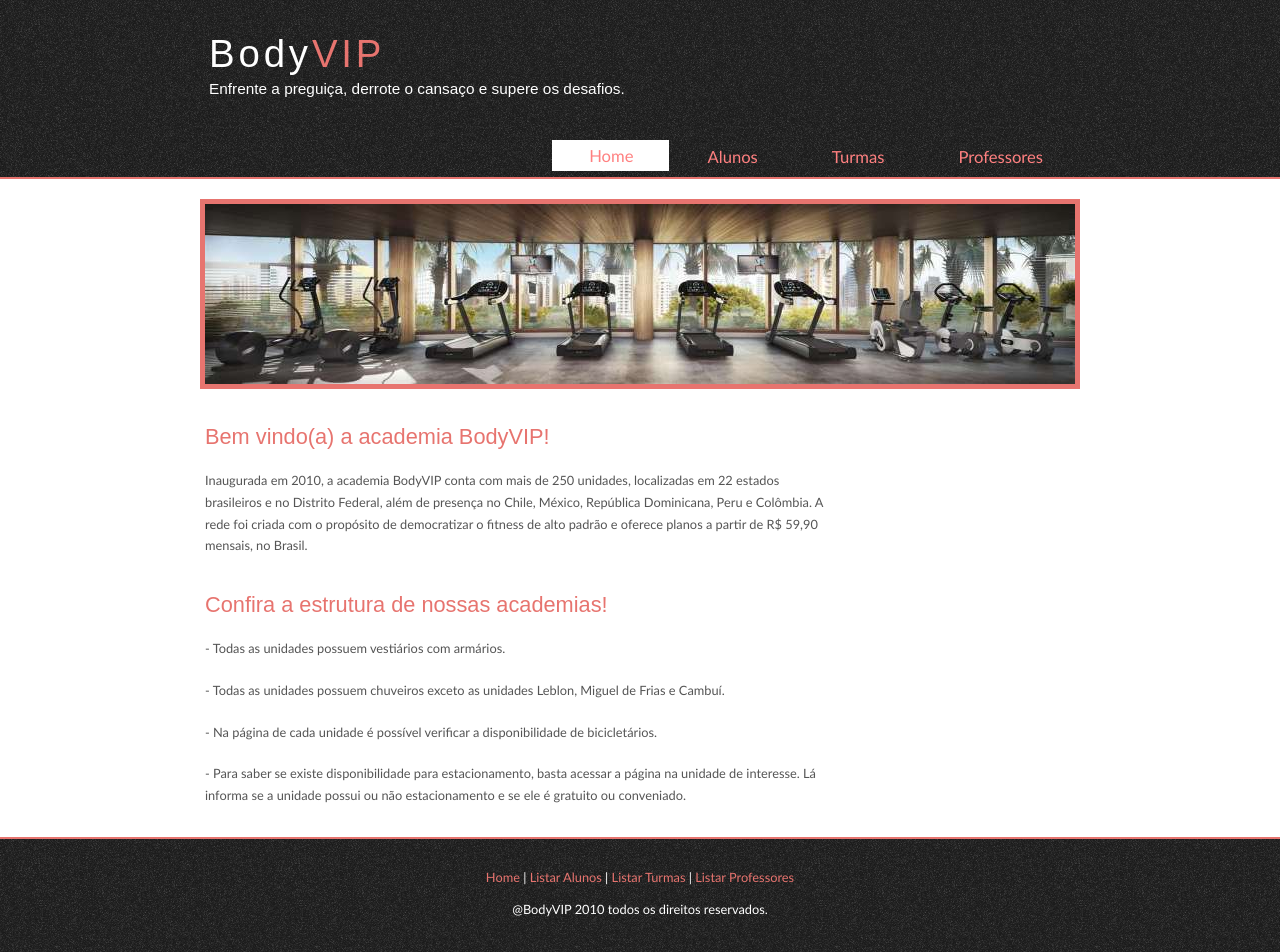
Repository: Thais-Ferreira/Projeto_bodyVIP
Page: http://localhost/BodyVIP/home.jsp
An editor plug-in stored every save of this project. The page is shown before and after the next save, followed by the edit.
The browser window is 1280 px wide. The pictures show the whole page.
The page is served by Tomcat 9.

Above is the page before, as saved 2017-06-21 19:41:56.

After the next save:
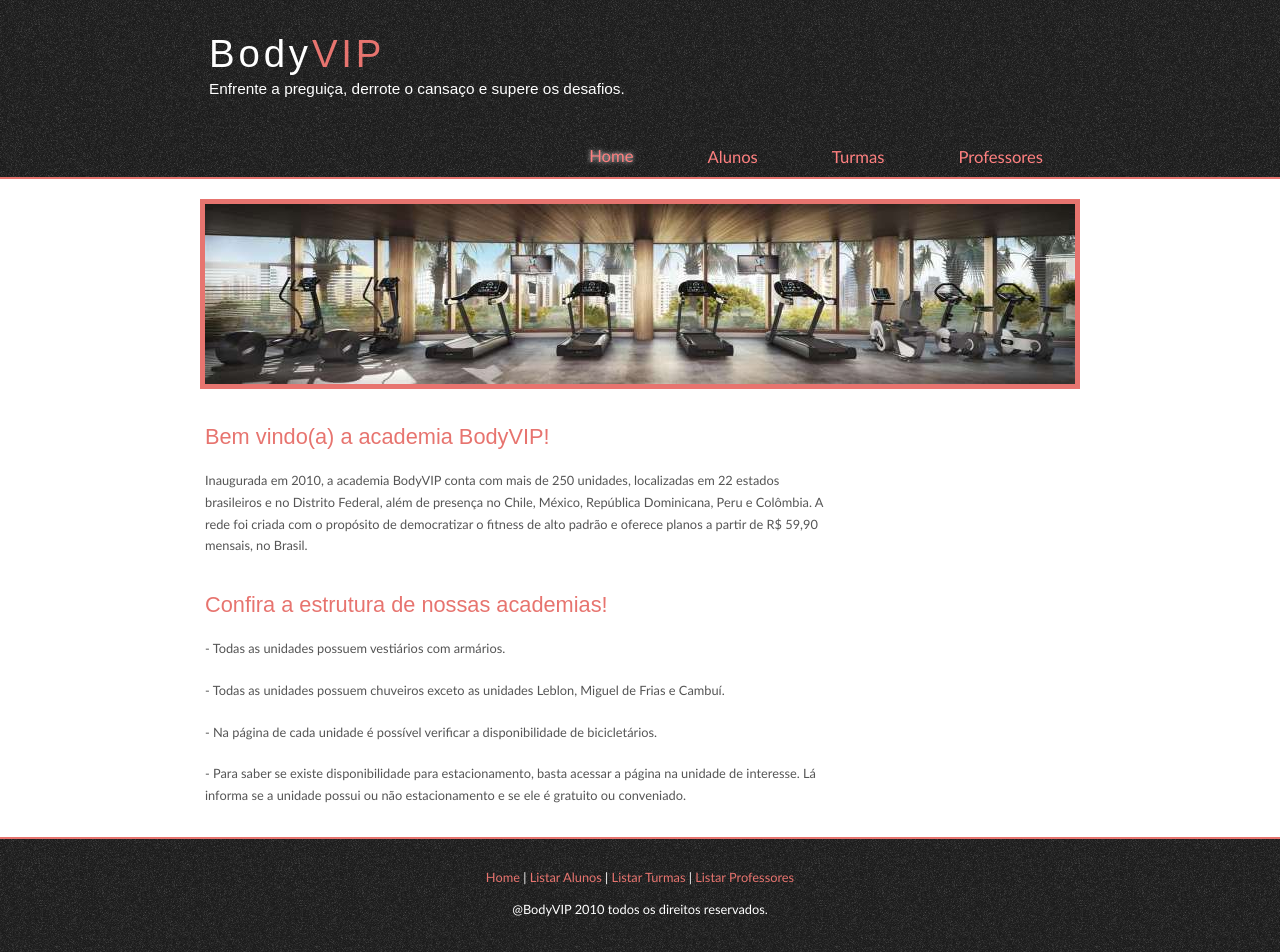
Saved 21 s later.
--- a/BodyVIP/WebContent/css/style.css
+++ b/BodyVIP/WebContent/css/style.css
@@ -391,13 +391,12 @@ width:150px;
 
 .menu li.selected a
 { height: 20px;
-  padding: 6px 35px 5px 28px;
-  }
+  padding: 6px 35px 5px 28px;}
 
 .menu li.selected
 { margin: 0px 2px 0 0;
-   background:  #FFF;
-   text-shadow:0px 0px 5px #fff;}
+
+   text-shadow:0px 0px 5px #fff}
 
 ul#menu li.selected a, ul#menu li.selected a:hover
 { background: #E7746F;
